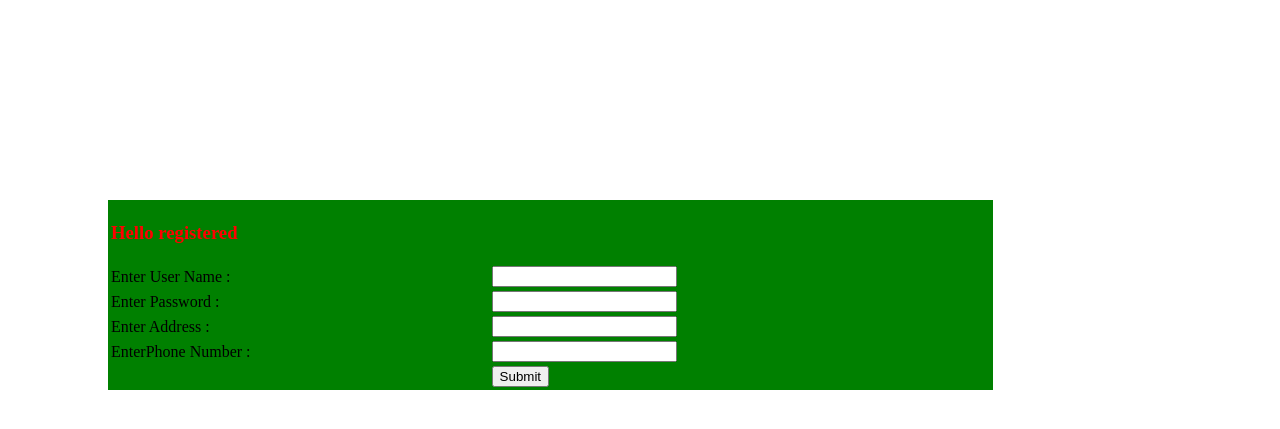
Repository: shulamitProjects/Java
Page: http://localhost/ProjectLibary/Registration.jsp
An editor plug-in stored every save of this project. The page is shown before and after the next save, followed by the edit.
The browser window is 1280 px wide. The pictures show the whole page.
The page is served by Tomcat 10.

Above is the page before, as saved 2024-01-29 10:21:44.

After the next save:
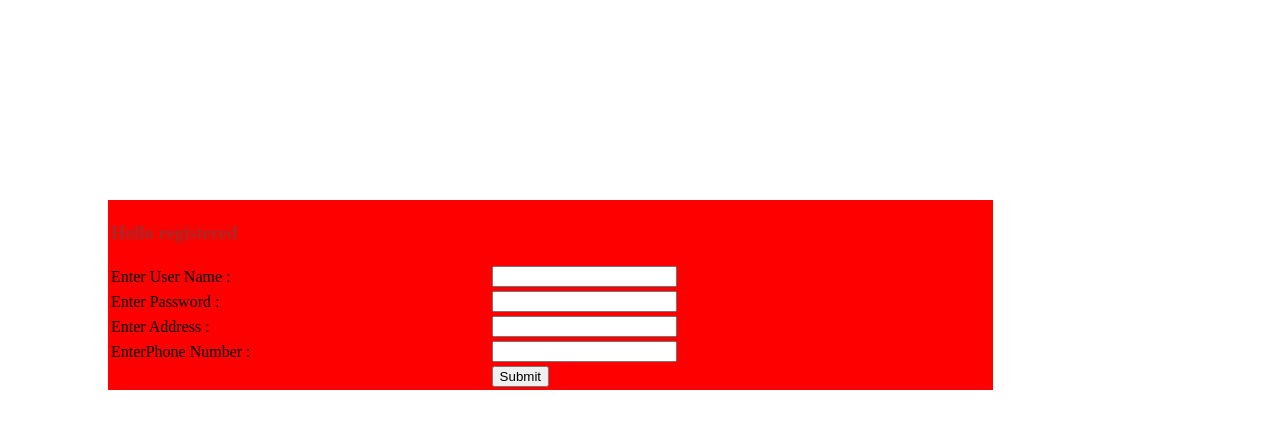
Saved 39 s later.
--- a/project/project_25-01/ProjectLibary/src/main/webapp/Registration.jsp
+++ b/project/project_25-01/ProjectLibary/src/main/webapp/Registration.jsp
@@ -11,11 +11,11 @@
 <%String type=""; %>
 	<form method="post" action="registration/controller/StudentServlet">
 		<table
-			style="width: 70%; background-color: green; margin-top: 200px; margin-left: 100px; margin-right: 200px;">
+			style="width: 70%; background-color: red; margin-top: 200px; margin-left: 100px; margin-right: 200px;">
 
 			<tr>
 				<td>
-					<h3 style="color: red">Hello registered</h3>
+					<h3 style="color: brown">Hello registered</h3>
 				</td>
 			</tr>
 			<tr>
